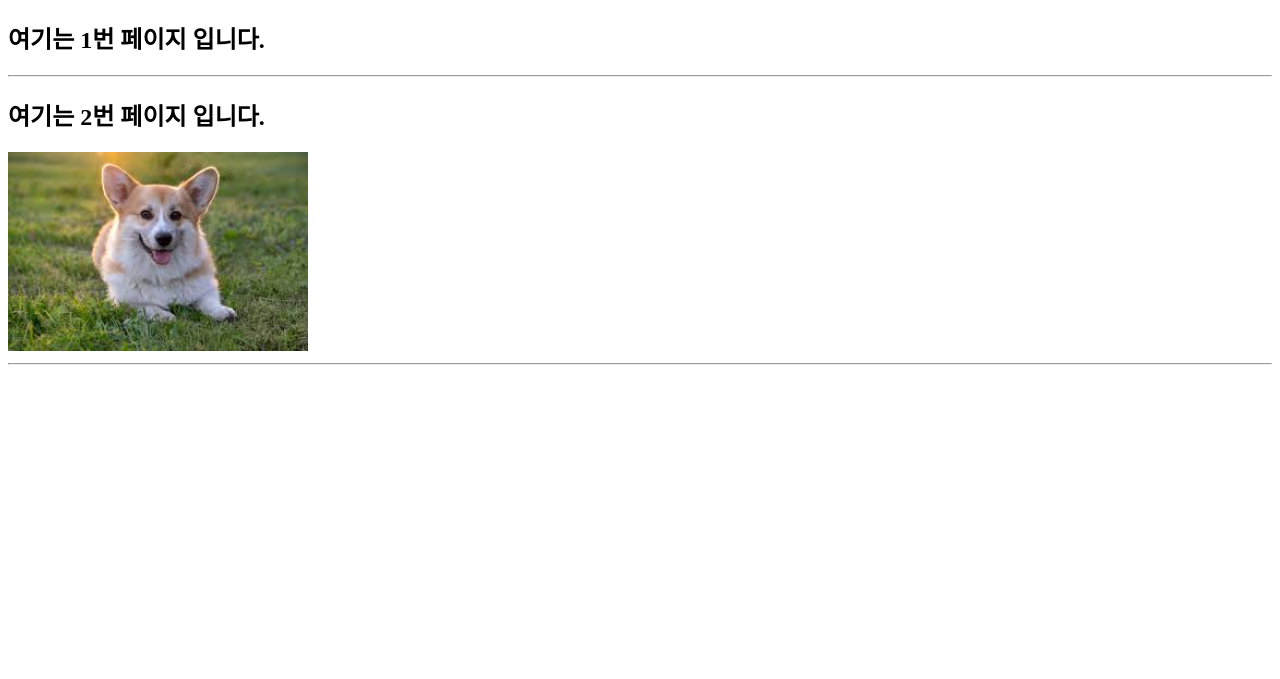
Repository: bbseok97/HTML
Page: http://localhost/jspbasic/actionTag/include_ex01.jsp
An editor plug-in stored every save of this project. The page is shown before and after the next save, followed by the edit.
The browser window is 1280 px wide. The pictures show the whole page.
The page is served by Tomcat 9.

Above is the page before, as saved 2024-04-09 06:47:37.

After the next save:
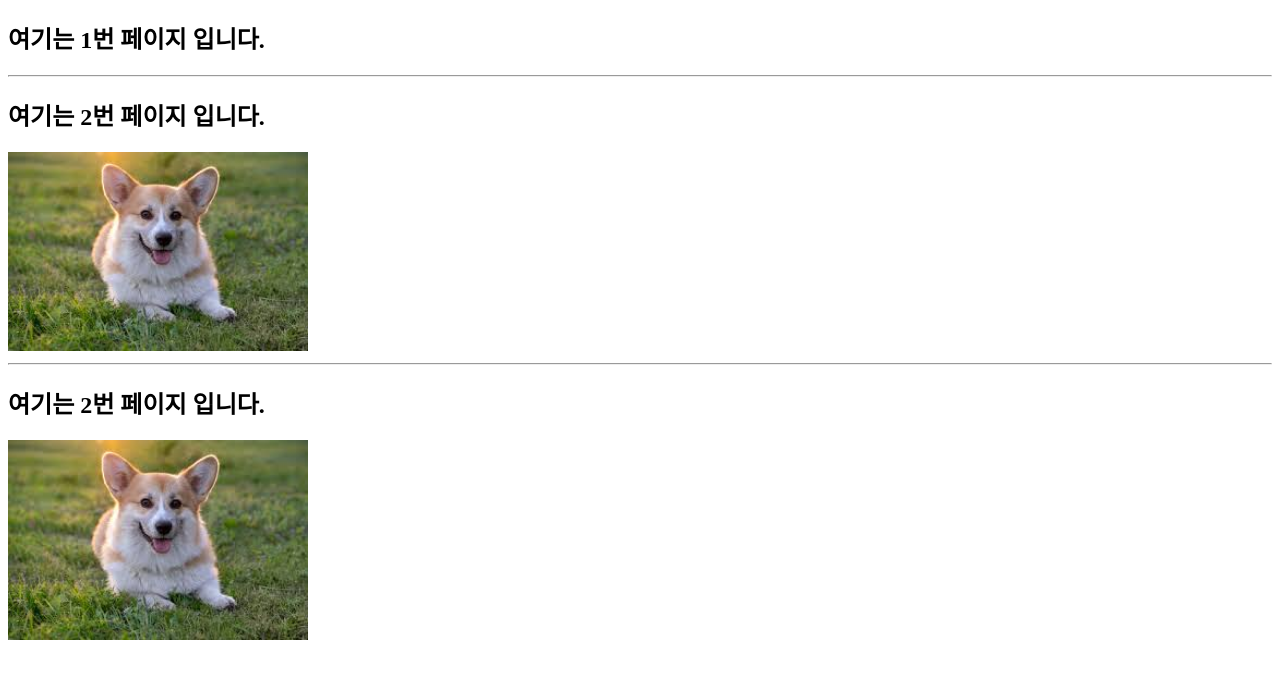
Saved 46 s later.
--- a/jspbasic/src/main/webapp/actionTag/include_ex01.jsp
+++ b/jspbasic/src/main/webapp/actionTag/include_ex01.jsp
@@ -11,5 +11,6 @@
 		<hr>
 		<%@ include file="include_ex02.jsp" %>
 		<hr>
+		<jsp:include page="include_ex02.jsp"/>
 	</body>
 </html>
